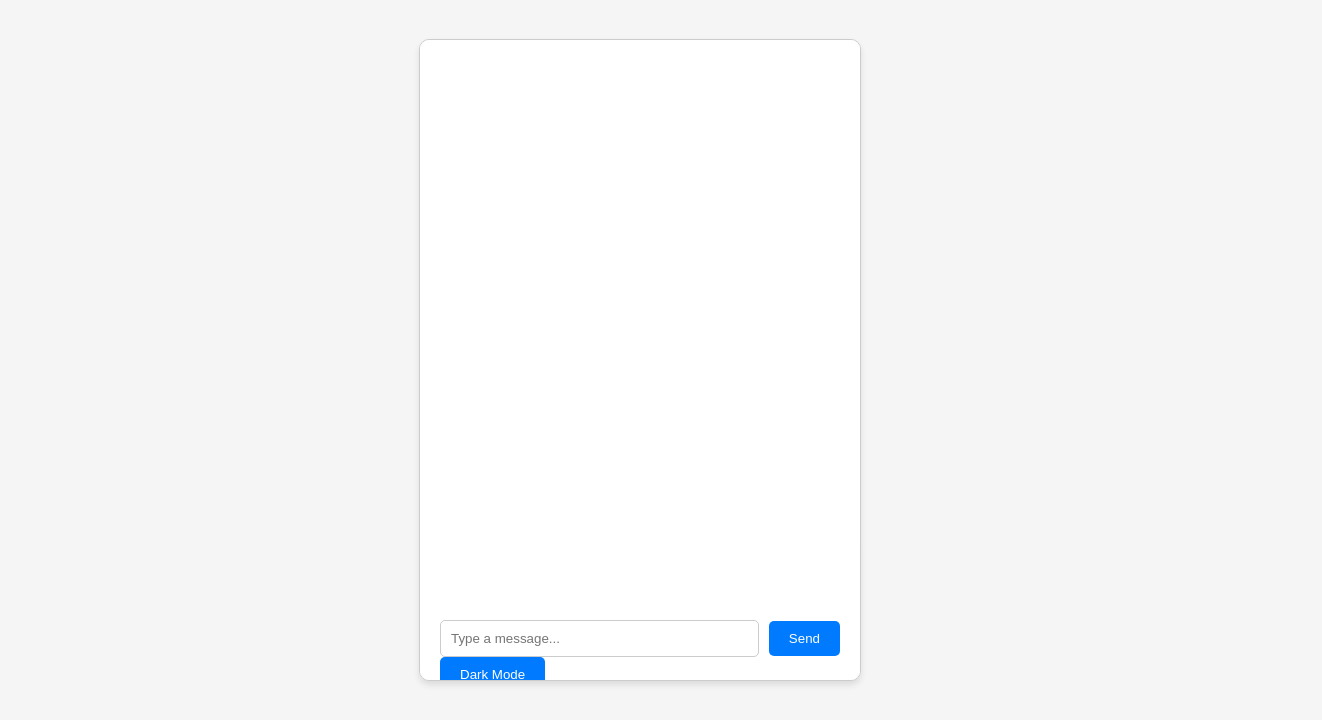
Repository: xshamrose/RAYi-AI
Page: /chatbox (app in client/)
These files come from the project's save history. The page is drawn as it stood at one moment and after the next save; the edit follows.
The browser window is 1280 px wide. The page is 1280 px wide, then 1322 px, so the pictures cover 1322 px, including what lies to the right of the window. The pictures show the whole page.
The project was rebuilt for these pictures with package versions that can differ from the ones it lists, and the page was loaded fresh each time. Also part of the build but not shown: client/src/App.css, client/src/pages/Candetect.css, client/src/pages/Candetect.js, client/src/pages/Home.js, client/src/pages/home.css.

Above is the page before, as saved 2024-03-09 14:43:18.

After the next save:
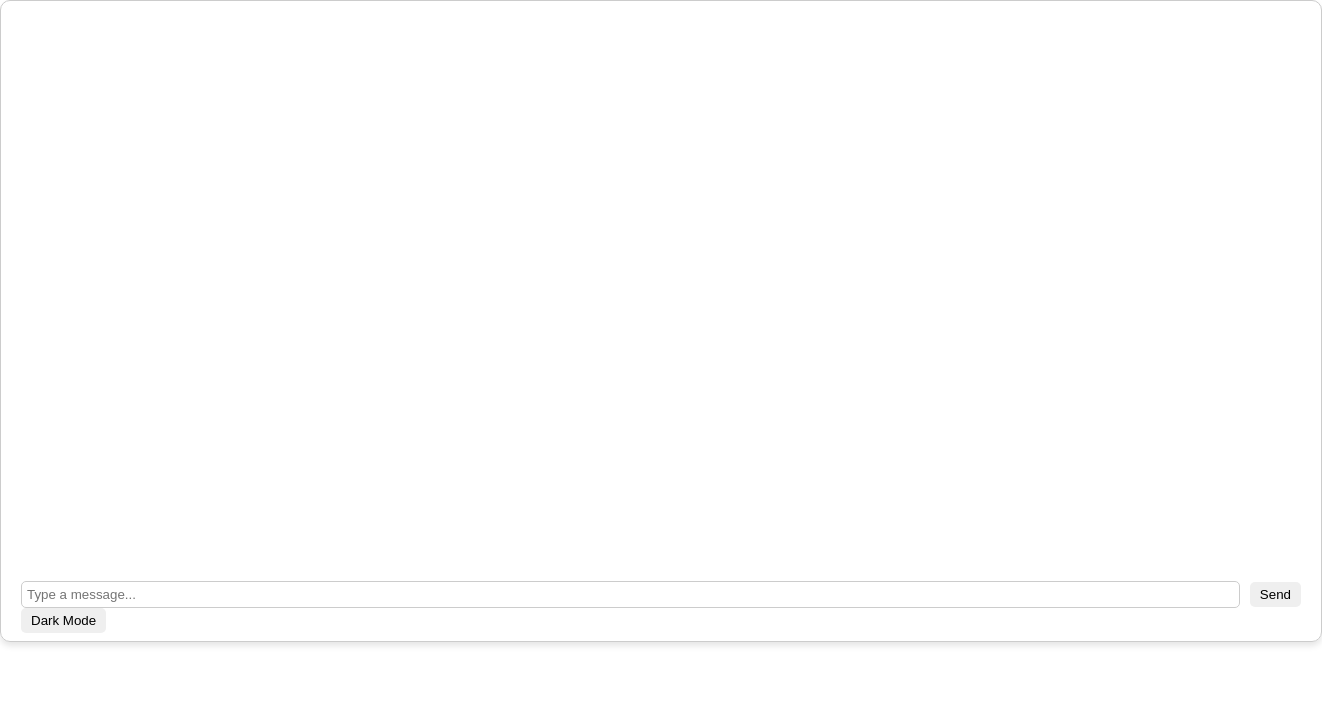
Saved 9 s later.
--- a/client/src/pages/Chatbox.css
+++ b/client/src/pages/Chatbox.css
@@ -1,93 +1,49 @@
-/* General styles */
-body {
-    font-family: 'Arial', sans-serif;
-    background-color: #f5f5f5;
-    margin: 0;
-    padding: 0;
-    display: flex;
-    justify-content: center;
-    align-items: center;
-    height: 100vh;
-   }
-
-   /* Chat container */
-   .chat-container {
-    width: 400px;
+.chat-container {
+    width: 100%;
     height: 600px;
     border: 1px solid #ccc;
     border-radius: 10px;
     padding: 20px;
     box-shadow: 0 4px 6px rgba(0, 0, 0, 0.1);
     overflow: auto;
-    background-color: #fff;
-    color: #333;
    }
 
-   /* Dark mode styles */
    .dark-mode {
     background-color: #333;
     color: #fff;
    }
 
-   /* Messages container */
    .messages {
     height: calc(100% - 60px);
     overflow-y: auto;
-    margin-bottom: 20px;
    }
 
-   /* Individual messages */
    .message {
     margin-bottom: 10px;
-    padding: 10px;
-    border-radius: 10px;
-    background-color: #e0e0e0;
-    color: #333;
    }
 
-   /* Input container */
    .input-container {
     display: flex;
     justify-content: space-between;
     align-items: center;
+    margin-top: 20px;
    }
 
-   /* Input field */
    input {
     flex-grow: 1;
     margin-right: 10px;
-    padding: 10px;
+    padding: 5px;
     border: 1px solid #ccc;
     border-radius: 5px;
-    outline: none;
    }
 
-   /* Send button */
    button {
-    padding: 10px 20px;
+    padding: 5px 10px;
     border: none;
     border-radius: 5px;
     cursor: pointer;
-    background-color: #007bff;
-    color: #fff;
    }
 
-   /* Dark mode button */
-   .dark-mode-button {
-    background-color: #333;
-    color: #fff;
-    border: none;
-    border-radius: 5px;
-    padding: 10px 20px;
-    cursor: pointer;
+   button:hover {
+    background-color: #ccc;
    }
-
-   /* Hover effects */
-   button:hover, .dark-mode-button:hover {
-    background-color: #0056b3;
-   }
-
-   /* Dark mode hover effect */
-   .dark-mode-button:hover {
-    background-color: #444;
-   }
